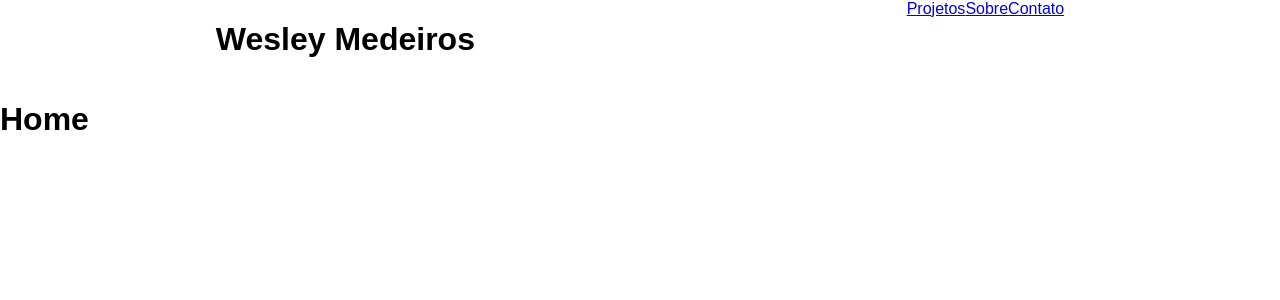
Repository: Luandro-com/wmedeiros
Page: /
The author's editor kept a copy of each file at every save. The page is drawn from the files as they stood at one save, then again after the next save.
The browser window is 1280 px wide. The pictures show the whole page.
The project was rebuilt for these pictures with package versions that can differ from the ones it lists, and the page was loaded fresh each time. Also part of the build but not shown: src/components/About.js, src/components/Contact.js.

Above is the page before, as saved 2018-01-30 16:56:33.

After the next save:
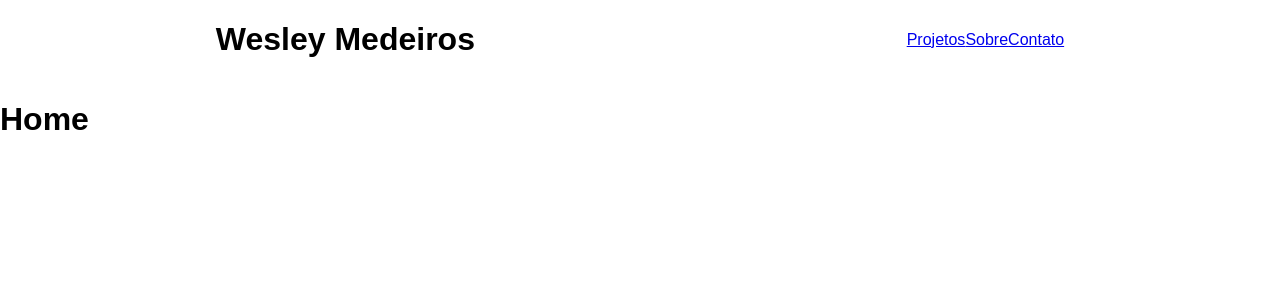
Saved 45 s later.
--- a/src/components/Header.css
+++ b/src/components/Header.css
@@ -1,5 +1,6 @@
 .Header {
   display: flex;
   justify-content: space-around;
-  align-content: center;
+  /* align-content: center; */
+  align-items: center;
 }
